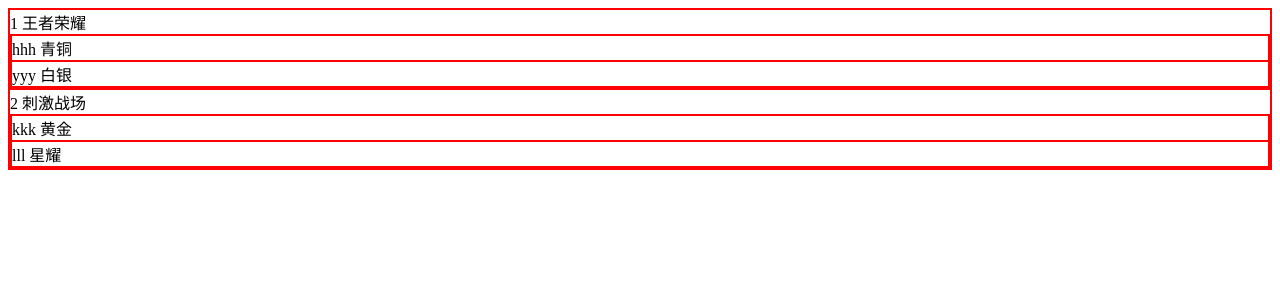
Repository: eheihaha2/whoisthespy-
Page: webDemo/WebContent/test3.html
The author's editor kept a copy of each file at every save. The page is drawn from the files as they stood at one save, then again after the next save.
The browser window is 1280 px wide. The pictures show the whole page.
The page's requests for data from a server got no answer.

Above is the page before, as saved 2020-02-22 10:34:45.

### webDemo/WebContent/test3.html
<!DOCTYPE html>
<html>
<head>
<meta charset="UTF-8">
<title>Insert title here</title>
<script type="text/javascript" src="js/jquery-1.11.0.min.js"></script>
<style type="text/css">
	body div{
		border:1px solid red;
		magin-top:10px;
	}
</style>
</head>
<body>
	<div id = "main">
		<div class = "room">
			<span class="roomId">1</span>
			<span class="roomName">王者荣耀</span>
			<div class="userList">
				<div class="user">
					<span class="userName">hhh</span>
					<span class="userLeverl">青铜</span>
				</div>
				<div class="user">
					<span class="userName">yyy</span>
					<span class="userLevel">白银</span>
				</div>
			</div>
	</div>

		<div class = "room">
			<span class="roomId">2</span>
			<span class="roomName">刺激战场</span>
			<div class="userList">
				<div class="user">
					<span class="userName">kkk</span>
					<span class="userLeverl">黄金</span>
				</div>
				<div class="user">
				<span class="userName">lll</span>
				<span class="userLevel">星耀</span>
				</div>
			</div>
		</div>
	</div>
</body>
<script type="text/javascript">
    $.ajax({
      url:"RoomServlet",
      type:"POST",
      dataType:"json",
      /* success:function(data) {
    	  console.log(data);
 		//渲染界面
 		var roomDiv =$(".room").clone();
 		$.each(data,function(index,item){
 			console.log(item.roomName);
 			roomDiv.find(".roomName").text(item.roomName);
 			roomDiv.find("roomId").text(roomDiv.find(".roomId").text()+item.roomId);

 			$.each(item.userList,function(index,userItem){
 				console.log(userItem.name);
 				roomDiv.find(".userId").text(roomDiv.find(".userId").text()+userItem)
 				roomDiv.find(".userName").text(roomDiv,find(",userName")).text()+userItem
 			})
 			$("#main").append(roomDiv);
 		})
      } */
      success:function(data){
    	  for(var i=0;i<data.length;i++){
    		  $("body").append(Room(data[i].roomId,data[i].readyNum,data[i].maxNum,User(data[i].userList)))
    	  }
      }
     })
    </script>
</html>

Loaded but not shown: webDemo/WebContent/js/jquery-1.11.0.min.js (library)

After the next save:
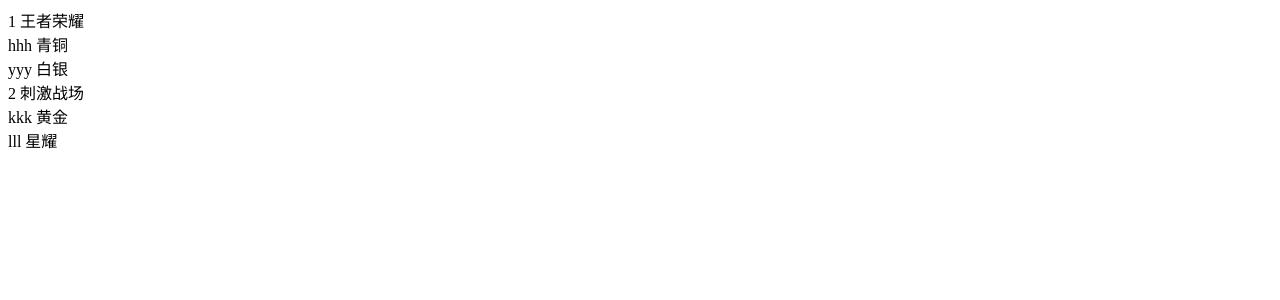
Saved 98 s later.
--- a/webDemo/WebContent/test3.html
+++ b/webDemo/WebContent/test3.html
@@ -5,7 +5,7 @@
 <title>Insert title here</title>
 <script type="text/javascript" src="js/jquery-1.11.0.min.js"></script>
 <style type="text/css">
-	body div{
+	body:child{
 		border:1px solid red;
 		magin-top:10px;
 	}

After the 5 saves that followed:
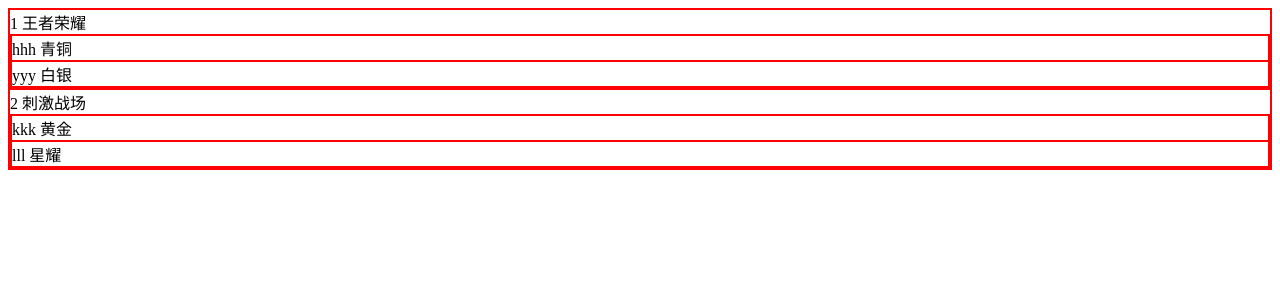
The 5 saves are shown as one change because 4 left the picture as it was.
The last was saved 2 min 0 s later.
--- a/webDemo/WebContent/test3.html
+++ b/webDemo/WebContent/test3.html
@@ -5,7 +5,7 @@
 <title>Insert title here</title>
 <script type="text/javascript" src="js/jquery-1.11.0.min.js"></script>
 <style type="text/css">
-	body:child{
+	div{
 		border:1px solid red;
 		magin-top:10px;
 	}
